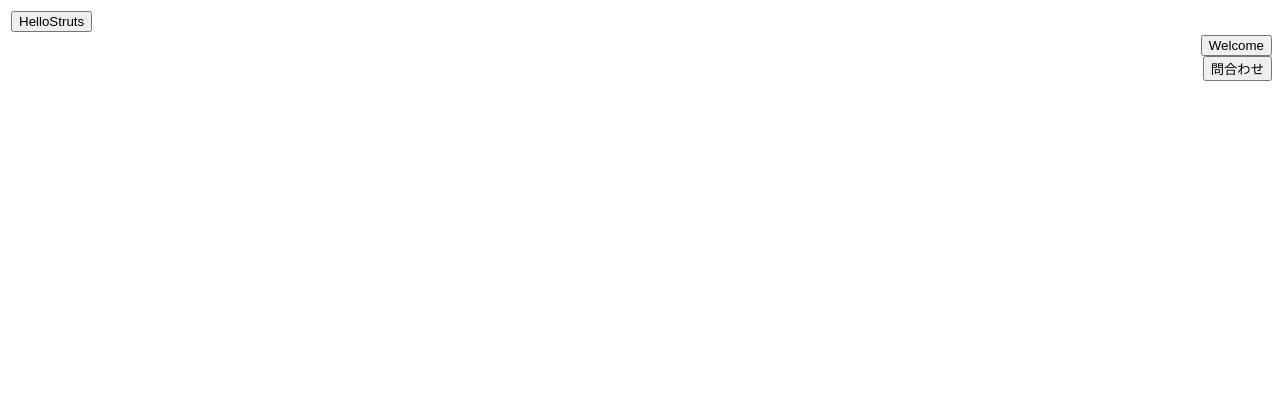
Repository: user10112018/test
Page: http://localhost/WebProj2/
These files come from the project's save history. The page is drawn as it stood at one moment and after the next save; the edit follows.
The browser window is 1280 px wide. The pictures show the whole page.
The page is served by Tomcat 9. Other server files are loaded and not shown.

Above is the page before, as saved 2018-10-17 07:38:15.

### WebProj2/WebContent/index.jsp
<%@ page language="java" contentType="text/html; charset=UTF-8"
    pageEncoding="UTF-8"%>
<%@ taglib prefix="s" uri="/struts-tags" %>
<!DOCTYPE html>
<html>
<head>
<meta charset="UTF-8">
<title>INDEX</title>
</head>

<body>

<s:form action="HelloStrutsAction">

<s:submit value="HelloStruts"/>

</s:form>


<form action="WelcomeAction">

<s:submit value="Welcome"/>

</form>


<form action="InquiryAction">

<s:submit value="問合わせ"/>

</form>

</body>
</html>

After the next save:
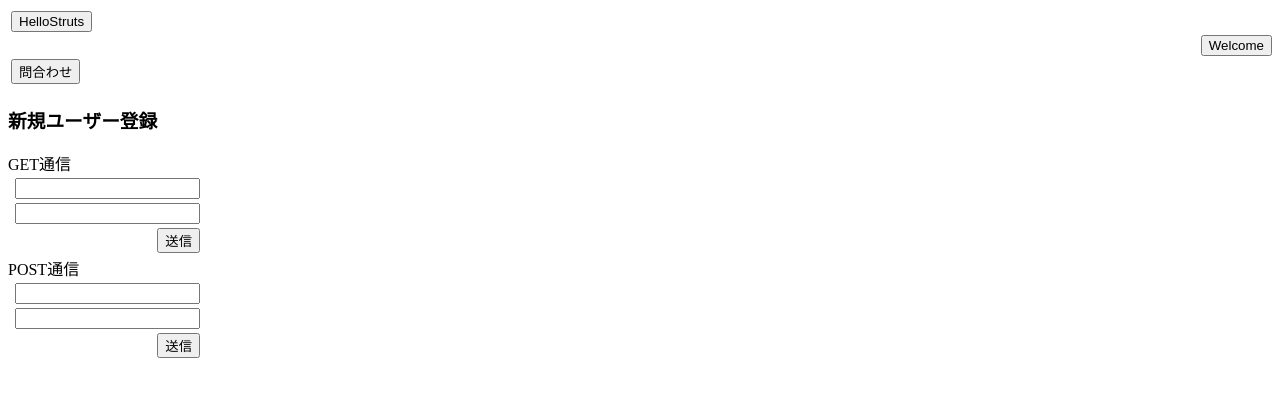
Saved 4 min 0 s later.
--- a/WebProj2/WebContent/index.jsp
+++ b/WebProj2/WebContent/index.jsp
@@ -24,11 +24,28 @@
 </form>
 
 
-<form action="InquiryAction">
+<s:form action="InquiryAction">
 
 <s:submit value="問合わせ"/>
 
-</form>
+</s:form>
+
+
+<h3>新規ユーザー登録</h3>
+
+GET通信
+<s:form method="get" action="TestAction">
+<s:textfield name="username"/>
+<s:password name="password"/>
+<s:submit value="送信"/>
+</s:form>
+POST通信
+<s:form method="get" action="TestAction">
+<s:textfield name="username"/>
+<s:password name="password"/>
+<s:submit value="送信"/>
+</s:form>
+
 
 </body>
 </html>
